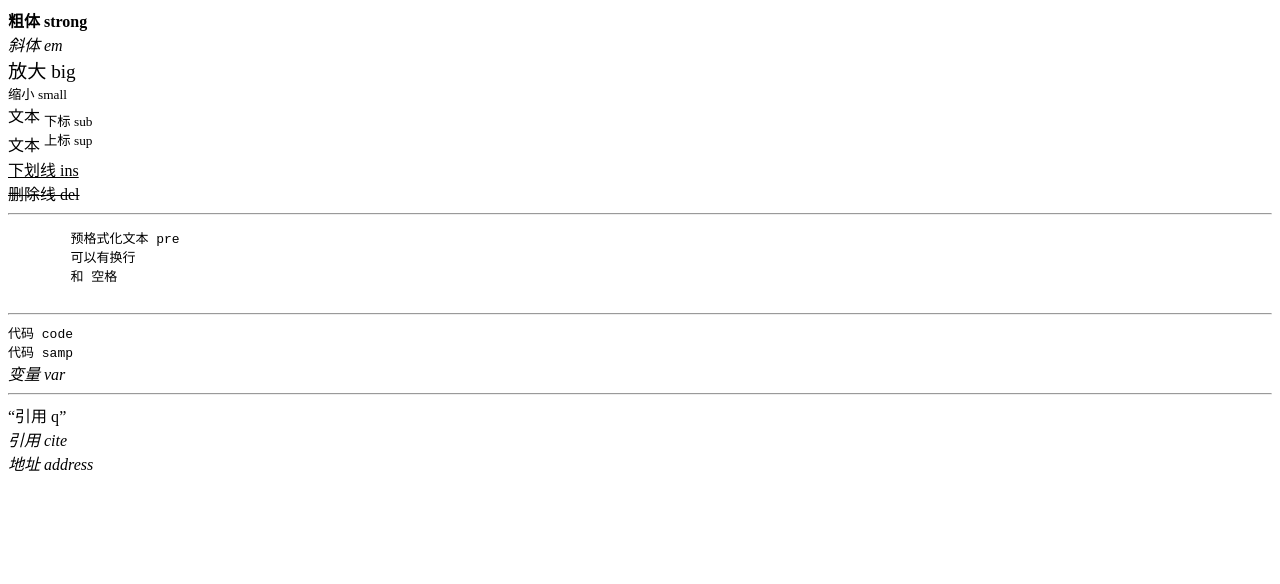
Repository: weizhang05g/learninghtml
Page: 文本格式化.html
The author's editor kept a copy of each file at every save. The page is drawn from the files as they stood at one save, then again after the next save.
The browser window is 1280 px wide. The pictures show the whole page.

Above is the page before, as saved 2019-12-19 09:37:08.

### 文本格式化.html
<!DOCTYPE html>
<html lang="en">
<head>
    <meta charset="UTF-8">
    <meta name="viewport" content="width=device-width, initial-scale=1.0">
    <meta http-equiv="X-UA-Compatible" content="ie=edge">
    <title>Document</title>
</head>
<body>
    <strong>粗体 strong</strong> <br>
    <em>斜体 em</em> <br>
    <big>放大 big</big> <br>
    <small>缩小 small</small> <br>
    文本 <sub>下标 sub</sub> <br>
    文本 <sup>上标 sup</sup> <br>
    <ins>下划线 ins</ins> <br>
    <del>删除线 del</del> <br>

    <hr>
    <pre>
        预格式化文本 pre
        可以有换行
        和 空格
    </pre>

    <hr>
    <code>代码 code</code> <br>
    <samp>代码 samp</samp> <br>
    <var>变量 var</var>

    <hr>
    <q>引用 q</q> <br>
    <cite>引用 cite</cite>
    <address>地址 address</address>
</body>
</html>

After the next save:
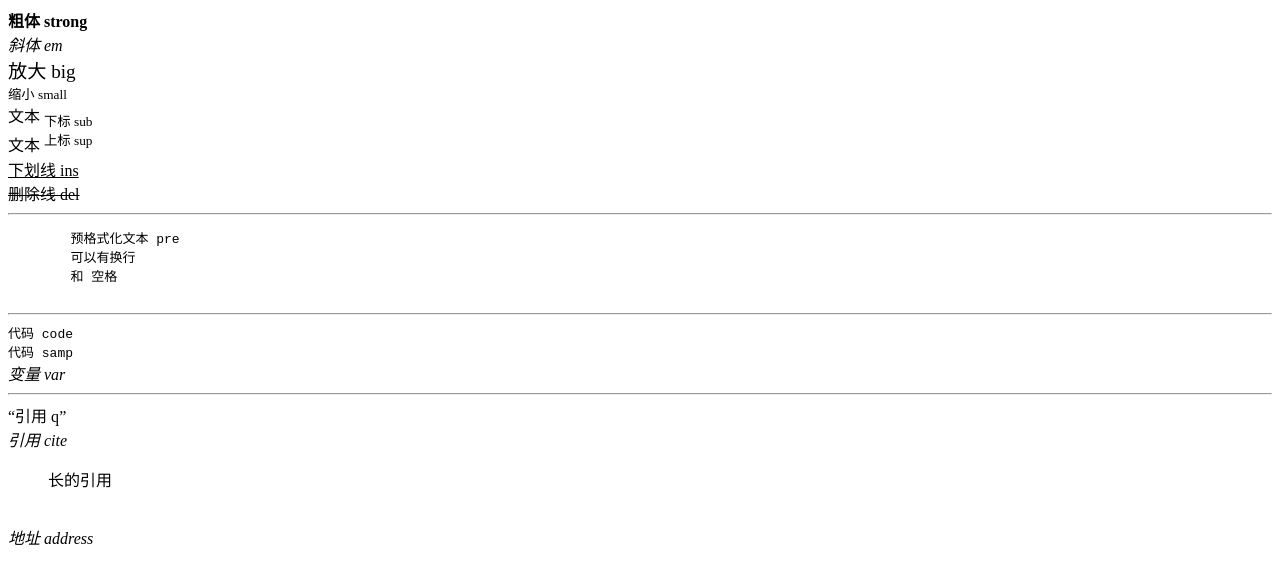
Saved 50 s later.
--- a/文本格式化.html
+++ b/文本格式化.html
@@ -30,7 +30,8 @@
 
     <hr>
     <q>引用 q</q> <br>
-    <cite>引用 cite</cite>
+    <cite>引用 cite</cite> <br>
+    <blockquote>长的引用</blockquote> <br>
     <address>地址 address</address>
 </body>
 </html>
